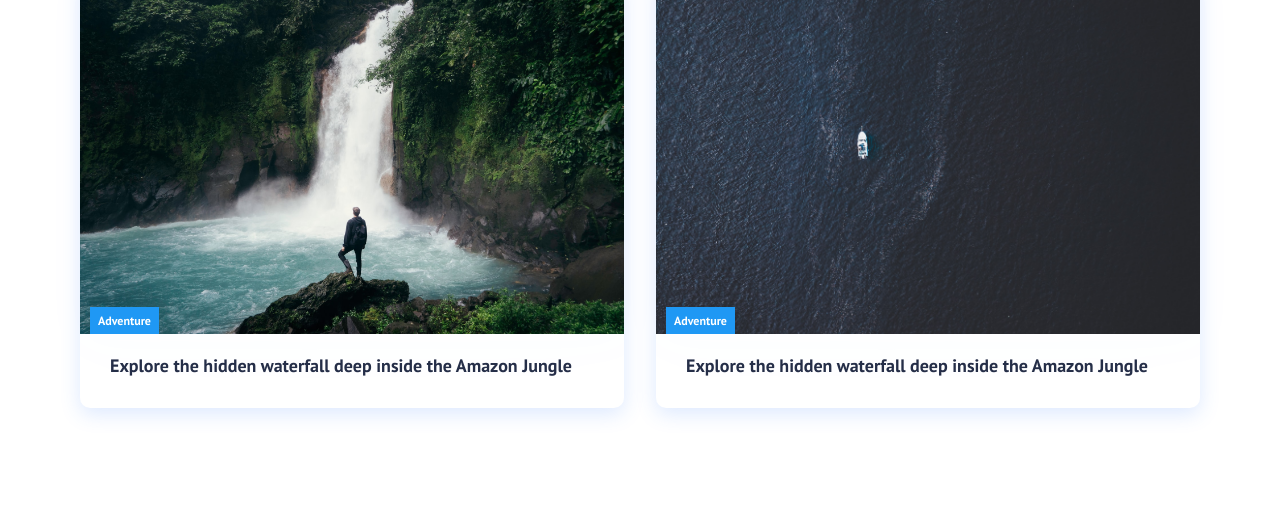
Repository: Yekta-Behzadi/site-with-react
Page: /
The author's editor kept a copy of each file at every save. The page is drawn from the files as they stood at one save, then again after the next save.
The browser window is 1280 px wide. The pictures show the part of the page from y = 614 to 1131 px (the page is 1131 px tall).
Some web libraries are served in a nearby version. The project was rebuilt for these pictures with package versions that can differ from the ones it lists, and the page was loaded fresh each time.

Above is the page before, as saved 2020-12-28 14:40:06.

After the next save:
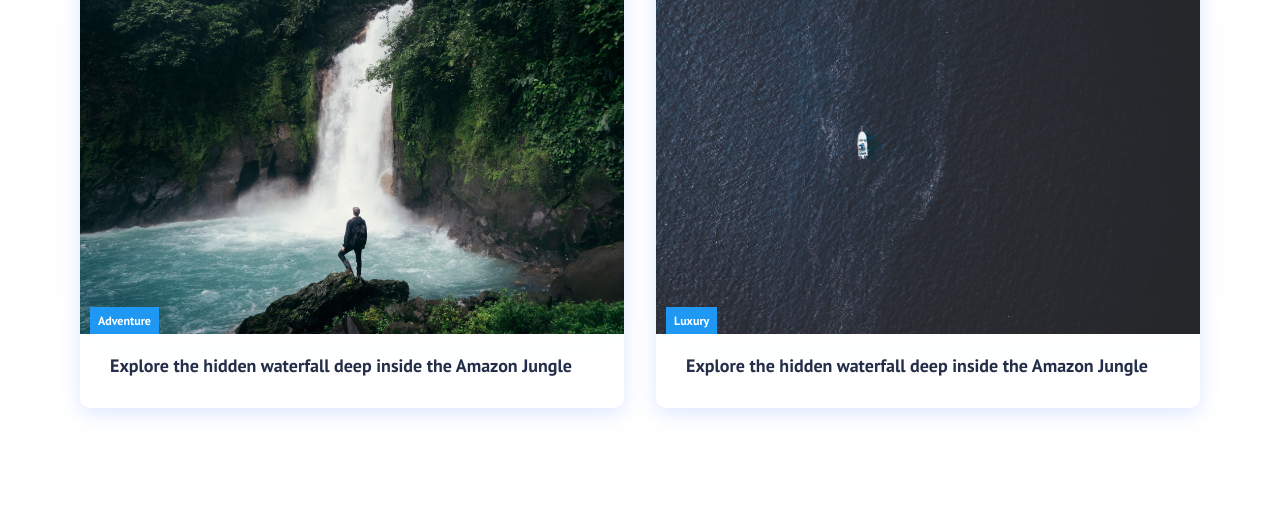
Saved 9 s later.
--- a/src/components/cards/Cards.js
+++ b/src/components/cards/Cards.js
@@ -16,7 +16,7 @@ function Cards() {
             <CardItem
             src='images/img-3.jpg'
             text='Explore the hidden waterfall deep inside the Amazon Jungle'
-            label='Adventure'
+            label='Luxury'
             path='/services' />
           </ul>
         </div>
